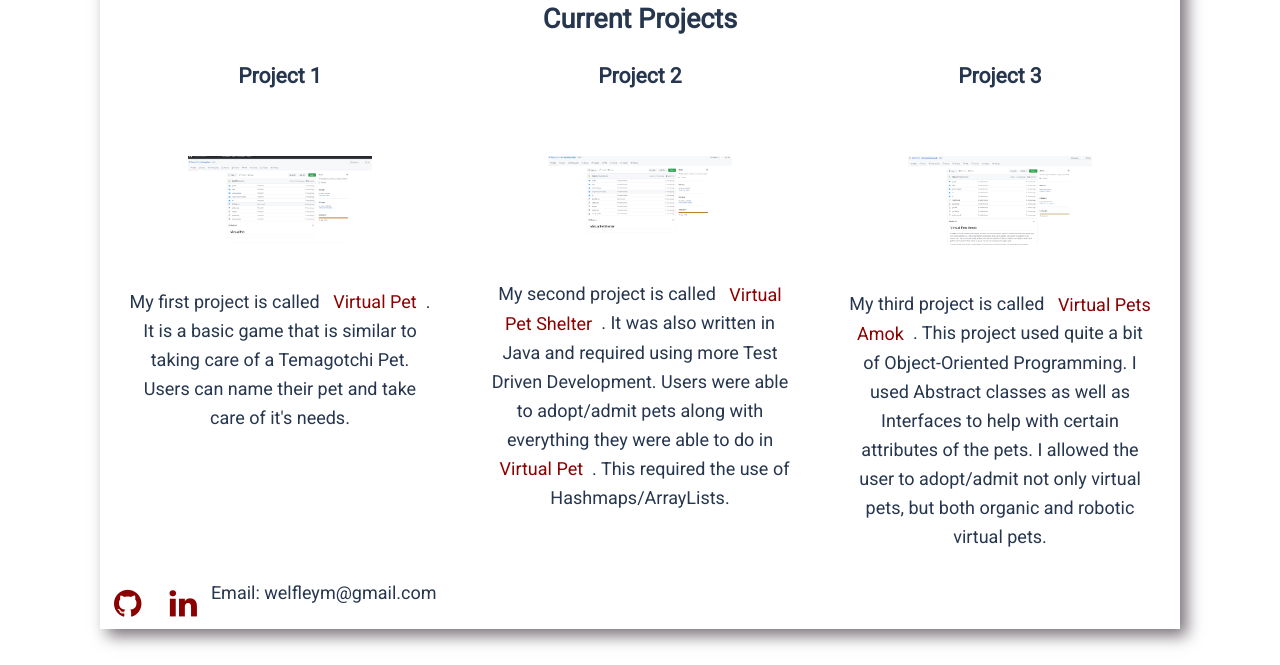
Repository: Matt1218/Matt1218.github.io
Page: index.html
The author's editor kept a copy of each file at every save. The page is drawn from the files as they stood at one save, then again after a run of saves.
The browser window is 1280 px wide. The pictures show the part of the page from y = 565 to 1230 px (the page is 1230 px tall).
A picture or video elsewhere on the page could not be fetched, so the positions and the page height are approximate.

Above is the page before, as saved 2022-03-21 14:07:43.

After the next 2 saves:
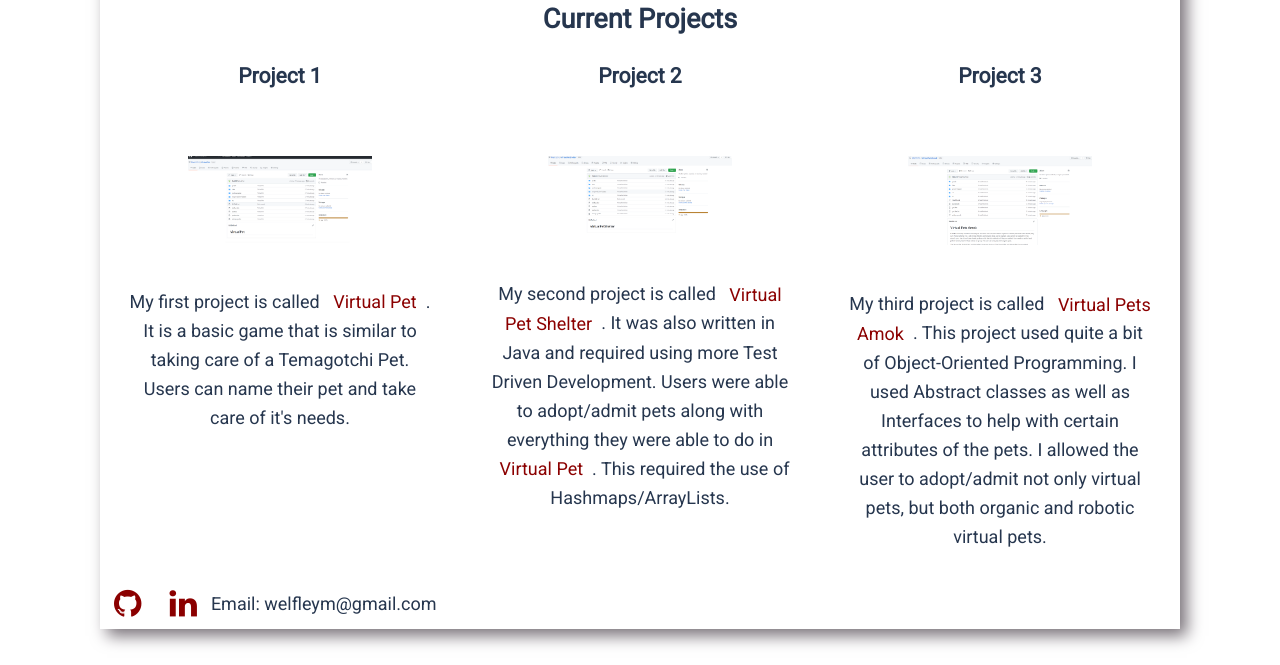
The 2 saves are shown as one change because they came seconds apart.
The last was saved 9 s later.
--- a/style.css
+++ b/style.css
@@ -106,7 +106,7 @@ a {
 
 #footer{
     display: flex;
-    align-items:flex-start
+    align-items:center
 }
 
 #footer a {
